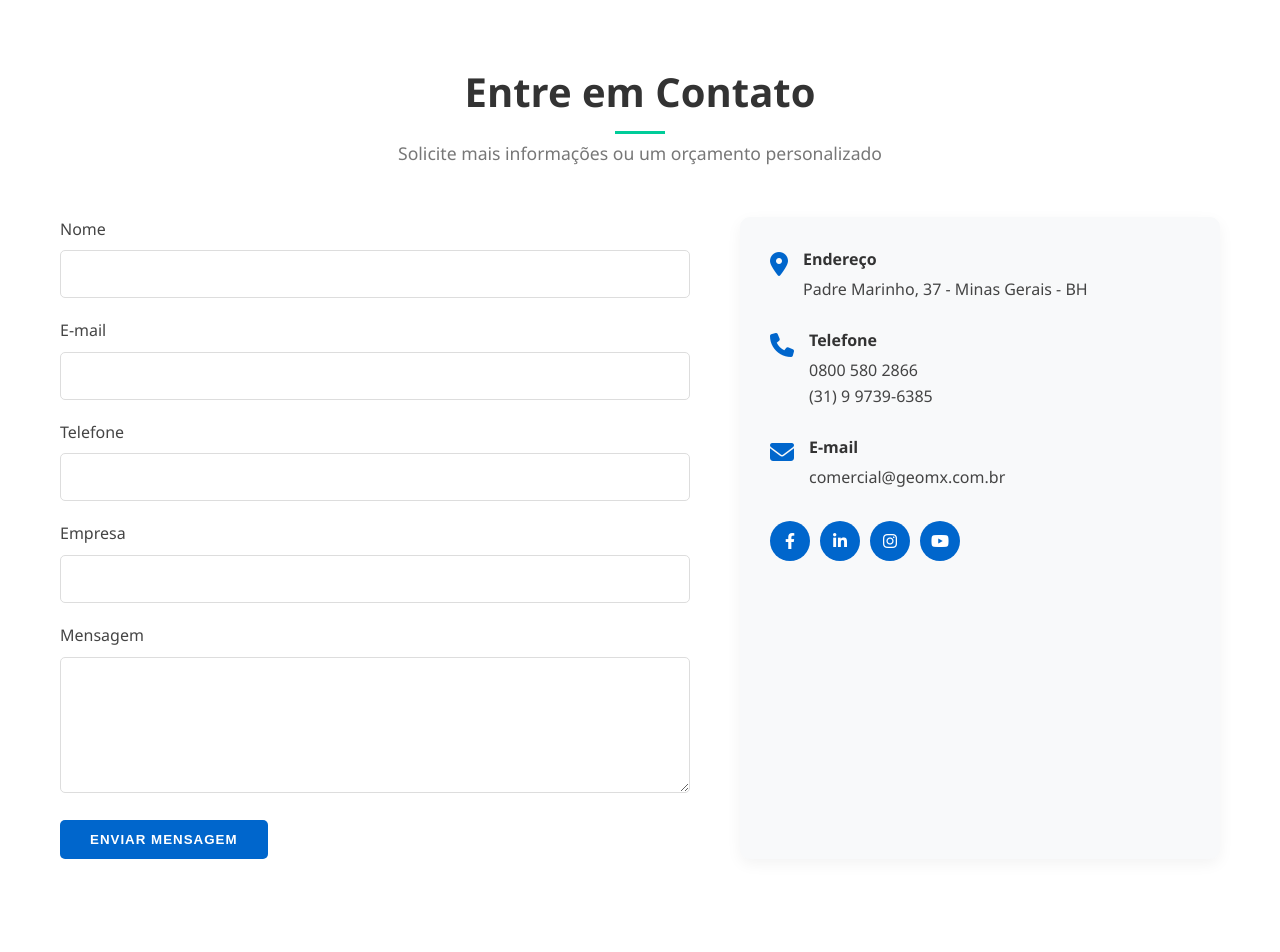
Repository: rocha1579/geomx
Page: telemetria.html
These files come from the project's save history. The page is drawn as it stood at one moment and after the next save; the edit follows.
The browser window is 1280 px wide. The pictures show the part of the page from y = 2334 to 3286 px (the page is 4141 px tall before and 4516 px after).
Pictures or frames that could not be fetched are drawn as grey boxes. Backgrounds fixed to the window are drawn as part of the page.

Above is the page before, as saved 2025-05-05 11:22:17.
Not found: menu-fix.js

### telemetria.html
<!DOCTYPE html>
<html lang="pt-br">
<head>
    <meta charset="UTF-8">
    <meta name="viewport" content="width=device-width, initial-scale=1.0">
    <title>Telemetria Veicular - GeoMX</title>
    <link rel="stylesheet" href="styles-dark-mode.css">
    <script src="dark-mode.js" defer></script>
    <link rel="stylesheet" href="styles.css">
    <link rel="stylesheet" href="https://cdnjs.cloudflare.com/ajax/libs/font-awesome/6.4.0/css/all.min.css">
    <!-- Adicionando os novos arquivos para responsividade -->
    <link rel="stylesheet" href="responsive.css">
    <script src="menu-fix.js" defer></script>
</head>
<body>
    <header>
        <div class="container">
            <div class="logo">
                <img src="images/logo geomx.png" alt="GeoMX Logo">
            </div>
            <nav>
                <div class="menu-toggle">
                    <i class="fas fa-bars"></i>
                </div>
                <ul class="menu">
                    <li><a href="index.html#inicio"><i class="fas fa-home fa-fw"></i></a></li>
                    <li><a href="index.html#sobre">Sobre</a></li>
                    <li><a href="index.html#servicos">Serviços</a></li>
                    <li><a href="index.html#solucoes">Soluções</a></li>
                    <li><a href="telemetria.html">Telemetria</a></li>
                    <li><a href="index.html#clientes"><i class="fas fa-users fa-fw"></i> Clientes</a></li>
                    <li><a href="https://sis.segminas.com.br/?Login" target="_blank" class="btn-acesso"><i class="fas fa-sign-in-alt fa-fw"></i> Acesso</a></li>
                    <li><a href="index.html#contato" class="btn-contato"><i class="fas fa-envelope fa-fw"></i> Contato</a></li>
                </ul>
            </nav>
        </div>
    </header>

    <section class="hero-telemetria">
        <div class="container">
            <h1>Telemetria Veicular Completa</h1>
            <p class="lead">Solução personalizada de gestão de frotas que coleta informações remotamente</p>
            <a href="#contato" class="btn-primary">Solicite uma Cotação</a>
        </div>
    </section>

    <section class="telemetria-section">
        <div class="container">
            <div class="section-header">
<div class="carrossel-telemetria">
    <div class="section-header">
        <h2>Nossa Tecnologia em Ação</h2>
        <p>Veja como nossa solção transforma a gestão de frotas</p>
    </div>

    <div class="carrossel-container">
        <div class="carrossel-slides">
            <div class="carrossel-slide active">
                <img src="images/Captura de tela 2025-04-25 155914.png" alt="Painel de Controle Telemetria">
                <div class="carrossel-caption">
                    <h3>Painel de Controle Completo</h3>
                    <p>Acompanhe todos os dados da sua frota em tempo real</p>
                </div>
            </div>
            <div class="carrossel-slide">
                <img src="images/relatorio.png" alt="Relatórios Detalhados">
                <div class="carrossel-caption">
                    <h3>Relatórios Detalhados</h3>
                    <p>Gere relatórios personalizados para análise de desempenho</p>
                </div>
            </div>
        </div>

        <div class="carrossel-nav">
            <button class="carrossel-prev"><i class="fas fa-chevron-left"></i></button>
            <button class="carrossel-next"><i class="fas fa-chevron-right"></i></button>
        </div>

        <div class="carrossel-indicators">
            <span class="carrossel-indicator active"></span>
            <span class="carrossel-indicator"></span>
        </div>
    </div>
</div>

<style>
    /* Estilos do carrossel */
    .carrossel-telemetria {
        padding: 60px 0;
        background-color: white;
    }

    .carrossel-container {
        max-width: 1000px;
        margin: 40px auto 0;
        position: relative;
        overflow: hidden;
        border-radius: 8px;
        box-shadow: 0 10px 30px rgba(0,0,0,0.1);
    }

    .carrossel-slides {
        display: flex;
        transition: transform 0.5s ease;
    }

    .carrossel-slide {
        min-width: 100%;
        position: relative;
    }

    .carrossel-slide img {
        width: 100%;
        display: block;
        height: 500px;
        object-fit: cover;
    }

    .carrossel-caption {
        position: absolute;
        bottom: 0;
        left: 0;
        right: 0;
        background: rgba(44, 62, 80, 0.9);
        color: white;
        padding: 20px;
        text-align: center;
    }

    .carrossel-caption h3 {
        margin-top: 0;
        color: #fff;
        font-size: 1.5rem;
    }

    .carrossel-nav {
        position: absolute;
        top: 50%;
        width: 100%;
        display: flex;
        justify-content: space-between;
        transform: translateY(-50%);
        padding: 0 15px;
    }

    .carrossel-prev,
    .carrossel-next {
        background: rgba(255, 255, 255, 0.7);
        border: none;
        border-radius: 50%;
        width: 40px;
        height: 40px;
        cursor: pointer;
        font-size: 20px;
        display: flex;
        align-items: center;
        justify-content: center;
        transition: all 0.3s ease;
        color: var(--dark-color);
    }

    .carrossel-prev:hover,
    .carrossel-next:hover {
        background: white;
        color: var(--primary-color);
    }

    .carrossel-indicators {
        display: flex;
        justify-content: center;
        margin-top: 20px;
    }

    .carrossel-indicator {
        width: 12px;
        height: 12px;
        border-radius: 50%;
        background: #ccc;
        margin: 0 5px;
        cursor: pointer;
        transition: all 0.3s ease;
    }

    .carrossel-indicator.active {
        background: var(--primary-color);
        transform: scale(1.2);
    }

    @media (max-width: 768px) {
        .carrossel-slide img {
            height: 350px;
        }

        .carrossel-caption h3 {
            font-size: 1.2rem;
        }

        .carrossel-caption p {
            font-size: 0.9rem;
        }
    }

    @media (max-width: 576px) {
        .carrossel-slide img {
            height: 250px;
        }
    }
</style>

<script>
    // Script do carrossel
    document.addEventListener('DOMContentLoaded', function() {
        const slides = document.querySelectorAll('.carrossel-slide');
        const indicators = document.querySelectorAll('.carrossel-indicator');
        const prevBtn = document.querySelector('.carrossel-prev');
        const nextBtn = document.querySelector('.carrossel-next');
        const slidesContainer = document.querySelector('.carrossel-slides');
        let currentIndex = 0;
        let interval;

        function updateCarousel() {
            slidesContainer.style.transform = `translateX(-${currentIndex * 100}%)`;

            indicators.forEach((indicator, index) => {
                indicator.classList.toggle('active', index === currentIndex);
            });
        }

        function nextSlide() {
            currentIndex = (currentIndex + 1) % slides.length;
            updateCarousel();
        }

        function prevSlide() {
            currentIndex = (currentIndex - 1 + slides.length) % slides.length;
            updateCarousel();
        }

        nextBtn.addEventListener('click', nextSlide);
        prevBtn.addEventListener('click', prevSlide);

        indicators.forEach((indicator, index) => {
            indicator.addEventListener('click', () => {
                currentIndex = index;
                updateCarousel();
                resetInterval();
            });
        });

        function startInterval() {
            interval = setInterval(nextSlide, 5000);
        }

        function resetInterval() {
            clearInterval(interval);
            startInterval();
        }

        // Pause on hover
        const carrossel = document.querySelector('.carrossel-container');
        carrossel.addEventListener('mouseenter', () => clearInterval(interval));
        carrossel.addEventListener('mouseleave', startInterval);

        // Iniciar o carrossel automático
        startInterval();
    });
</script>
<h2>GeoMine</h2>
<p>A solução GeoMine da Geomx oferece telemetria avançada para mineradoras, com controle total da frota em tempo real.</p>
            </div>

            <div class="telemetria-cards">
                <div class="telemetria-card">
                    <div class="telemetria-icon">
                        <i class="fas fa-map-marker-alt"></i>
                    </div>
                    <h3>Monitoramento Contínuo</h3>
                    <p>Detecção precoce de falhas mecânicas para redução de custos com manutenção.</p>
                </div>

                <div class="telemetria-card">
                    <div class="telemetria-icon">
                        <i class="fas fa-chart-bar"></i>
                    </div>
                    <h3>Relatórios de Produtividade</h3>
                    <p>Controle de tempo ocioso, consumo de combustível e otimização operacional.</p>
                </div>

                <div class="telemetria-card">
                    <div class="telemetria-icon">
                        <i class="fas fa-exclamation-triangle"></i>
                    </div>
                    <h3>Alertas Inteligentes</h3>
                    <p>Notificações automáticas de fadiga, excesso de velocidade e mau uso dos equipamentos.</p>
                </div>

                <div class="telemetria-card">
                    <div class="telemetria-icon">
                        <i class="fas fa-tachometer-alt"></i>
                    </div>
                    <h3>Gestão Centralizada</h3>
                    <p>Decisões rápidas baseadas em dados confiáveis e integrados.</p>
                </div>

                <div class="telemetria-card">
                    <div class="telemetria-icon">
                        <i class="fas fa-microchip"></i>
                    </div>
                    <h3>Tecnologia Robusta</h3>
                    <p>Integração com sensores CAN e conectividade para ambientes severos.</p>
                </div>

                <div class="telemetria-card">
                    <div class="telemetria-icon">
                        <i class="fas fa-shield-alt"></i>
                    </div>
                    <h3>Segurança Operacional</h3>
                    <p>Soluções específicas para promover mais segurança nas operações mineiras.</p>
                </div>
            </div>
        </div>
    </section>
    <section id="contato" class="contato">
        <div class="container">
            <div class="section-header">
                <h2>Entre em Contato</h2>
                <p>Solicite mais informações ou um orçamento personalizado</p>
            </div>
            <div class="contato-content">
                <div class="contato-form">
                    <form id="formulario-contato" action="https://formsubmit.co/flavio@geomx.com.br" method="POST">
                        <input type="hidden" name="_to" value="flavio@geomx.com.br,gabriel@geomx.com.br,comercial2@geomx.com.br,jessica@geomx.com.br,gabrielalvessr@gmail.com">
                        <input type="hidden" name="_subject" value="Novo contato do site - Telemetria Veicular">
                        <input type="hidden" name="_next" value="https://geomx.com.br/obrigado.html">
                        <input type="hidden" name="_template" value="table">

                        <div class="form-group">
                            <label for="nome">Nome</label>
                            <input type="text" id="nome" name="nome" required>
                        </div>
                        <div class="form-group">
                            <label for="email">E-mail</label>
                            <input type="email" id="email" name="email" required>
                        </div>
                        <div class="form-group">
                            <label for="telefone">Telefone</label>
                            <input type="tel" id="telefone" name="telefone">
                        </div>
                        <div class="form-group">
                            <label for="empresa">Empresa</label>
                            <input type="text" id="empresa" name="empresa">
                        </div>
                        <div class="form-group">
                            <label for="mensagem">Mensagem</label>
                            <textarea id="mensagem" name="mensagem" rows="5" required></textarea>
                        </div>
                        <button type="submit" class="btn-primary">Enviar Mensagem</button>
                    </form>
                </div>
                <div class="contato-info">
                    <div class="info-item">
                        <i class="fas fa-map-marker-alt"></i>
                        <div>
                            <h4>Endereço</h4>
                            <p>Padre Marinho, 37 - Minas Gerais - BH</p>
                        </div>
                    </div>
                    <div class="info-item">
                        <i class="fas fa-phone"></i>
                        <div>
                            <h4>Telefone</h4>
                            <p>0800 580 2866<br>(31) 9 9739-6385</p>
                        </div>
                    </div>
                    <div class="info-item">
                        <i class="fas fa-envelope"></i>
                        <div>
                            <h4>E-mail</h4>
                            <p>comercial@geomx.com.br</p>
                        </div>
                    </div>
                    <div class="social-media">
                        <a href="https://www.facebook.com/geomxbrasil" class="social-icon" target="_blank"><i class="fab fa-facebook-f"></i></a>
                        <a href="https://www.linkedin.com/company/geomx" class="social-icon" target="_blank"><i class="fab fa-linkedin-in"></i></a>
                        <a href="https://www.instagram.com/geomx_brasil/" class="social-icon" target="_blank"><i class="fab fa-instagram"></i></a>
                        <a href="https://www.youtube.com/channel/UC2VQmLmBy8NQ2N8LnCI59Cg" class="social-icon" target="_blank"><i class="fab fa-youtube"></i></a>
                    </div>
                </div>
            </div>
        </div>
    </section>

    <iframe
        src="https://www.google.com/maps/embed?pb=!1m18!1m12!1m3!1d3750.955249439259!2d-43.92309932514979!3d-19.926290538192287!2m3!1f0!2f0!3f0!3m2!1i1024!2i768!4f13.1!3m3!1m2!1s0xa699cd28e77955%3A0xd93406e577a22ba!2sR.%20Padre%20Marinho%2C%2037%20-%20Santa%20Efig%C3%AAnia%2C%20Belo%20Horizonte%20-%20MG%2C%2030140-040!5e0!3m2!1spt-BR!2sbr!4v1745327561781!5m2!1spt-BR!2sbr"
        width="100%"
        height="400"
        style="border:0; border-radius: 12px;"
        allowfullscreen=""
        loading="lazy"
        referrerpolicy="no-referrer-when-downgrade">
    </iframe>

    <footer>
        <div class="container">
            <div class="footer-content">
                <div class="footer-logo">
                    <img src="images/logo geomx.png" alt="GeoMX Logo">
                    <p>Transformando dados geográficos em soluções estratégicas</p>
                </div>
                <div class="footer-links">
                    <div class="footer-column">
                        <h4>Empresa</h4>
                        <ul>
                            <li><a href="index.html#sobre">Sobre Nós</a></li>
                            <li><a href="index.html#clientes">Clientes</a></li>
                            <li><a href="#">Carreiras</a></li>
                            <li><a href="#">Blog</a></li>
                        </ul>
                    </div>
                    <div class="footer-column">
                        <h4>Serviços</h4>
                        <ul>
                            <li><a href="telemetria.html">Telemetria Veicular</a></li>
                            <li><a href="rede-can.html">Rede CAN</a></li>
                            <li><a href="sensor-fadiga.html">Sensor de Fadiga</a></li>
                            <li><a href="video-veicular.html">Vídeo Veicular</a></li>
                        </ul>
                    </div>
                    <div class="footer-column">
                        <h4>Suporte</h4>
                        <ul>
                            <li><a href="index.html#contato">Contato</a></li>
                            <li><a href="#">FAQ</a></li>
                            <li><a href="#">Documentação</a></li>
                            <li><a href="#">Política de Privacidade</a></li>
                        </ul>
                    </div>
                </div>
            </div>

            <div class="footer-images">
                <img src="images/apple.png" alt="Disponível na App Store" class="footer-img">
                <img src="images/google play.png" alt="Disponível no Google Play" class="footer-img">
            </div>
            <style>
                .footer-images {
                text-align: left; /* Alinha conteúdo à esquerda */
                margin: 20px 0;
            }

            .footer-img {
                max-width: 120px; /* Diminui o tamanho */
                width: 100%;
                height: auto;
                display: block;
                margin-bottom: 10px; /* Espaço entre as imagens */
            }

            </style>
            <div class="footer-bottom">
                <p>&copy; 2023 GeoMX. Todos os direitos reservados.</p>
            </div>
        </div>
    </footer>

    <div id="cookie-banner" class="cookie-banner">
        <p>Utilizamos cookies para melhorar sua experiência em nosso site. Ao continuar navegando, você concorda com nossa <a href="#">Política de Privacidade</a>.</p>
        <button id="cookie-accept">Aceitar</button>
    </div>

    <a href="https://wa.me/31997396385" class="whatsapp-button" target="_blank">
        <i class="fab fa-whatsapp"></i>
    </a>

    <script src="script.js"></script>
</body>
</html>

Loaded but not shown: script.js (209 lines, source omitted); styles.css (1999 lines, source omitted); responsive.css (346 lines, source omitted); styles-dark-mode.css (no stored copy; drawn as an empty file); dark-mode.js (no stored copy; drawn as an empty file)

After the next save:
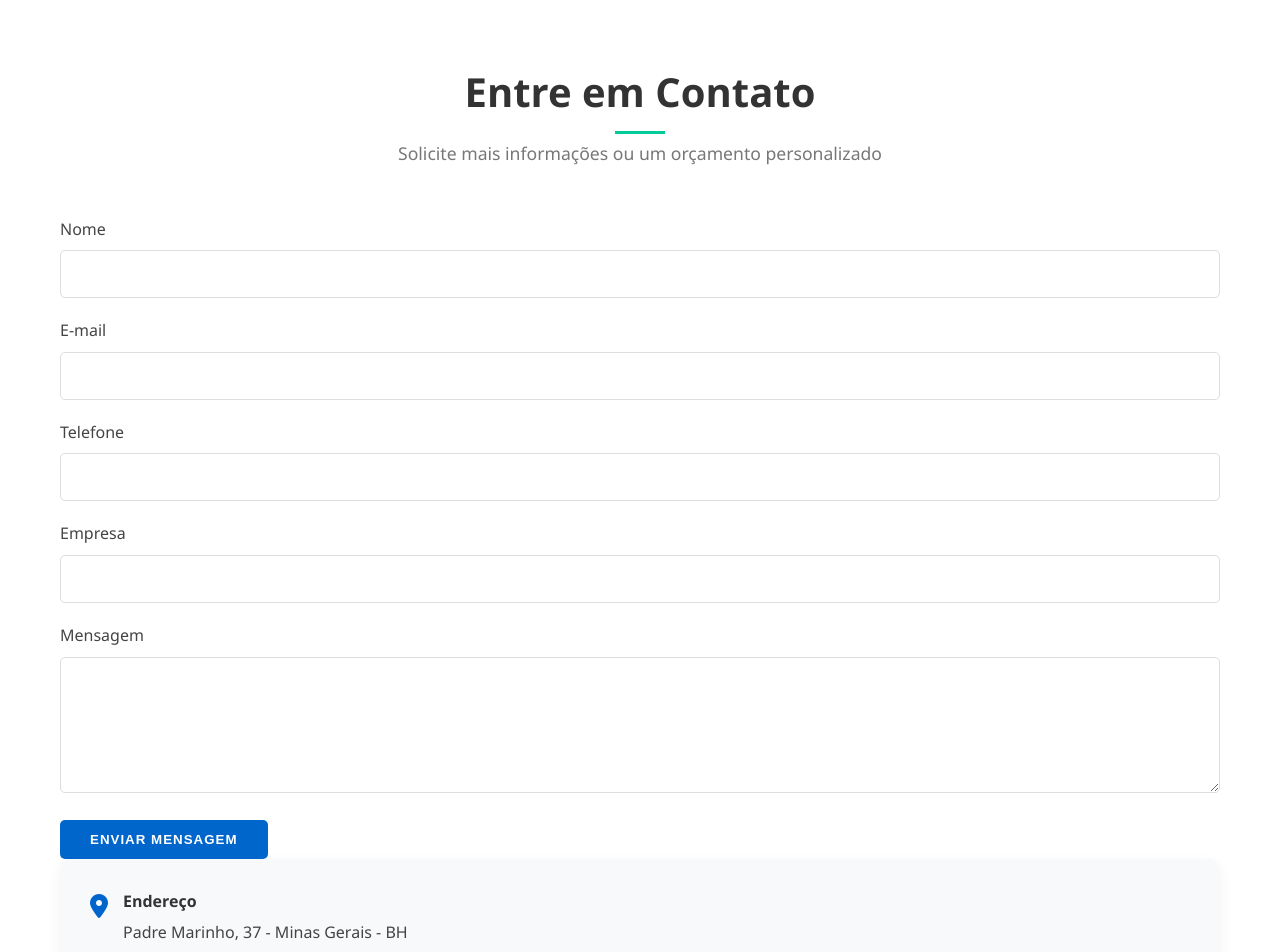
Saved 22 s later.
--- a/telemetria.html
+++ b/telemetria.html
@@ -326,37 +326,34 @@
                 <h2>Entre em Contato</h2>
                 <p>Solicite mais informações ou um orçamento personalizado</p>
             </div>
-            <div class="contato-content">
-                <div class="contato-form">
-                    <form id="formulario-contato" action="https://formsubmit.co/flavio@geomx.com.br" method="POST">
-                        <input type="hidden" name="_to" value="flavio@geomx.com.br,gabriel@geomx.com.br,comercial2@geomx.com.br,jessica@geomx.com.br,gabrielalvessr@gmail.com">
-                        <input type="hidden" name="_subject" value="Novo contato do site - Telemetria Veicular">
-                        <input type="hidden" name="_next" value="https://geomx.com.br/obrigado.html">
-                        <input type="hidden" name="_template" value="table">
-
-                        <div class="form-group">
-                            <label for="nome">Nome</label>
-                            <input type="text" id="nome" name="nome" required>
-                        </div>
-                        <div class="form-group">
-                            <label for="email">E-mail</label>
-                            <input type="email" id="email" name="email" required>
-                        </div>
-                        <div class="form-group">
-                            <label for="telefone">Telefone</label>
-                            <input type="tel" id="telefone" name="telefone">
-                        </div>
-                        <div class="form-group">
-                            <label for="empresa">Empresa</label>
-                            <input type="text" id="empresa" name="empresa">
-                        </div>
-                        <div class="form-group">
-                            <label for="mensagem">Mensagem</label>
-                            <textarea id="mensagem" name="mensagem" rows="5" required></textarea>
-                        </div>
-                        <button type="submit" class="btn-primary">Enviar Mensagem</button>
-                    </form>
-                </div>
+            <form id="formulario-contato" action="https://formsubmit.co/gabrielalvessr@gmail.com" method="POST">
+                <input type="hidden" name="_subject" value="Novo contato do site - Telemetria Veicular">
+                <input type="hidden" name="_next" value="https://geomx.com.br/obrigado.html">
+                <input type="hidden" name="_template" value="table">
+
+                <div class="form-group">
+                    <label for="nome">Nome</label>
+                    <input type="text" id="nome" name="nome" required>
+                </div>
+                <div class="form-group">
+                    <label for="email">E-mail</label>
+                    <input type="email" id="email" name="email" required>
+                </div>
+                <div class="form-group">
+                    <label for="telefone">Telefone</label>
+                    <input type="tel" id="telefone" name="telefone">
+                </div>
+                <div class="form-group">
+                    <label for="empresa">Empresa</label>
+                    <input type="text" id="empresa" name="empresa">
+                </div>
+                <div class="form-group">
+                    <label for="mensagem">Mensagem</label>
+                    <textarea id="mensagem" name="mensagem" rows="5" required></textarea>
+                </div>
+                <button type="submit" class="btn-primary">Enviar Mensagem</button>
+            </form>
+
                 <div class="contato-info">
                     <div class="info-item">
                         <i class="fas fa-map-marker-alt"></i>
